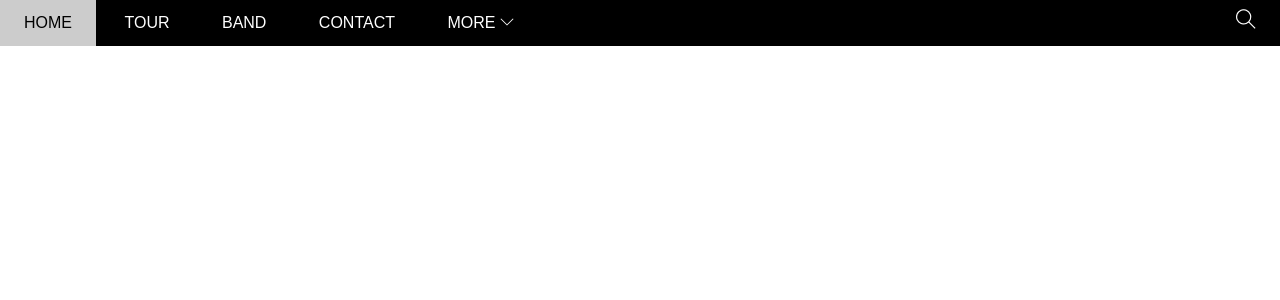
Repository: ducvui2003/LTCB
Page: index.html
The author's editor kept a copy of each file at every save. The page is drawn from the files as they stood at one save, then again after the next save.
The browser window is 1280 px wide. The pictures show the whole page.

Above is the page before, as saved 2022-01-05 21:51:37.

### index.html
<!DOCTYPE html>
<html lang="en">

<head>
    <meta charset="UTF-8">
    <meta http-equiv="X-UA-Compatible" content="IE=edge">
    <meta name="viewport" content="width=device-width, initial-scale=1.0">
    <title>The Band W3_School</title>
    <link rel="stylesheet" href="./assest/Css/styles.css">
    <link rel="stylesheet" href="./assest/Fonts/themify-icons-font (1)/themify-icons/themify-icons.css">
</head>

<body>
    <div id="main">
        <div id="header">
            <!-- Begin: Nav -->
            <ul id="nav">
                <li>
                    <a href="">Home</a>
                </li>
                <li>
                    <a href="">Tour</a>
                </li>
                <li>
                    <a href="">Band</a>
                </li>
                <li>
                    <a href="">Contact</a>
                </li>
                <li>
                    <a href="">
                      More
                      <!-- icons -->
                      <i class="nav-arrow-down ti-angle-down"></i>
                    </a>
                    <ul class="subnav">
                        <li>
                            <a href="">Merchandise</a>
                        </li>
                        <li>
                            <a href="">Extras</a>
                        </li>
                        <li>
                            <a href="">Media</a>
                        </li>
                    </ul>
                </li>
            </ul>
            <!-- End: Nav -->
            <!-- Begin: Search button -->
            <div class="search-button">
                <i class="search-icon ti-search"></i>
            </div>
            <!-- End: Search button -->
        </div>
        <div id="slides"></div>
        <div id="content"></div>
        <div id="footer"></div>
    </div>
</body>

</html>

### assest/Css/styles.css
* {
    padding: 0;
    margin: 0;
    box-sizing: border-box;
}

html {
    font-family: Arial, Helvetica, sans-serif;
}

#main {}

#header {
    position: fixed;
    top: 0;
    right: 0;
    left: 0;
    /* fixed đang nổi lên nó sẽ nhường vị trí cho div slides tiếp theo */
    height: 46px;
    background-color: black;
}

#nav {
    display: inline-block;
    /* display để thẻ nav chỉ dài đúng nội dung của nó thôi */
}

#nav,
.subnav {
    list-style: none;
}

#nav>li {
    display: inline-block;
}

#nav li {
    position: relative;
}

#nav>li>a {
    color: white;
    text-transform: uppercase;
    /* chinh chu thuong thanh hoa */
}

#nav li a {
    text-decoration: none;
    line-height: 46px;
    padding: 0 24px;
    display: block;
}

#nav li:hover .subnav {
    display: block;
}

#nav>li:hover>a,
#nav .subnav li:hover a {
    background-color: #ccc;
    color: black;
}

#nav li:hover a {
    /* line-height: 46px; */
}

#nav .subnav {
    display: none;
    position: absolute;
    top: 46px;
    background-color: #fff;
    box-shadow: 0 0 10px rgba(0, 0, 0, 0.3);
}

#nav .subnav li a {
    color: black;
    padding: 0 16px;
    line-height: 38px;
    width: 160px;
}

#nav .nav-arrow-down {
    font-size: 14px;
}

#header .search-button {
    float: right;
    /* thẻ search-button là thẻ div, có tính kế thừa chiều ngang, nên khi float vào sẽ vô hiệu hoá tính kế thừa chiều ngang đó */
    line-height: 46px;
    padding: 0 24px;
}

#header .search-button:hover {
    background-color: #f44336;
    cursor: pointer;
    /* Dùng để thay đổi con trỏ chuột khi di vào */
}

#header .search-icon {
    color: white;
    font-size: 20px;
}

#slides {
    line-height: 1000px;
    /* background-color: pink; */
    margin-top: 46px;
}

#content {}

#footer {}

Loaded but not shown: assest/Fonts/themify-icons-font (1)/themify-icons/themify-icons.css (common file)

After the next save:
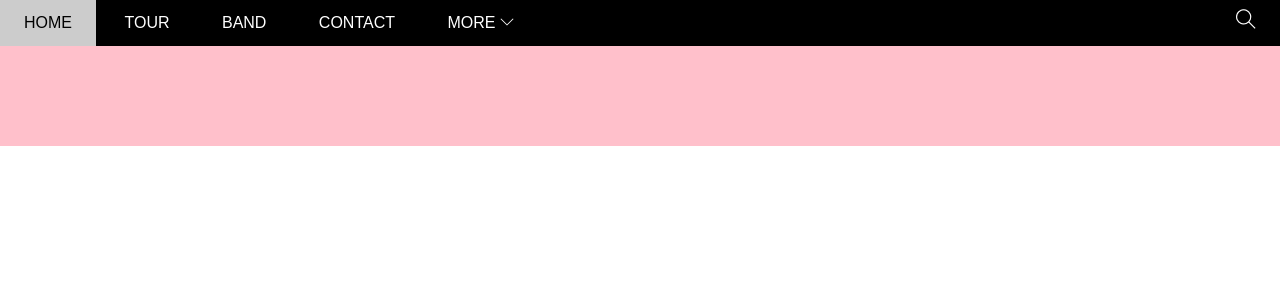
Saved 44 s later.
--- a/assest/Css/styles.css
+++ b/assest/Css/styles.css
@@ -103,8 +103,8 @@
 }
 
 #slides {
-    line-height: 1000px;
-    /* background-color: pink; */
+    height: 100px;
+    background-color: pink;
     margin-top: 46px;
 }
 
